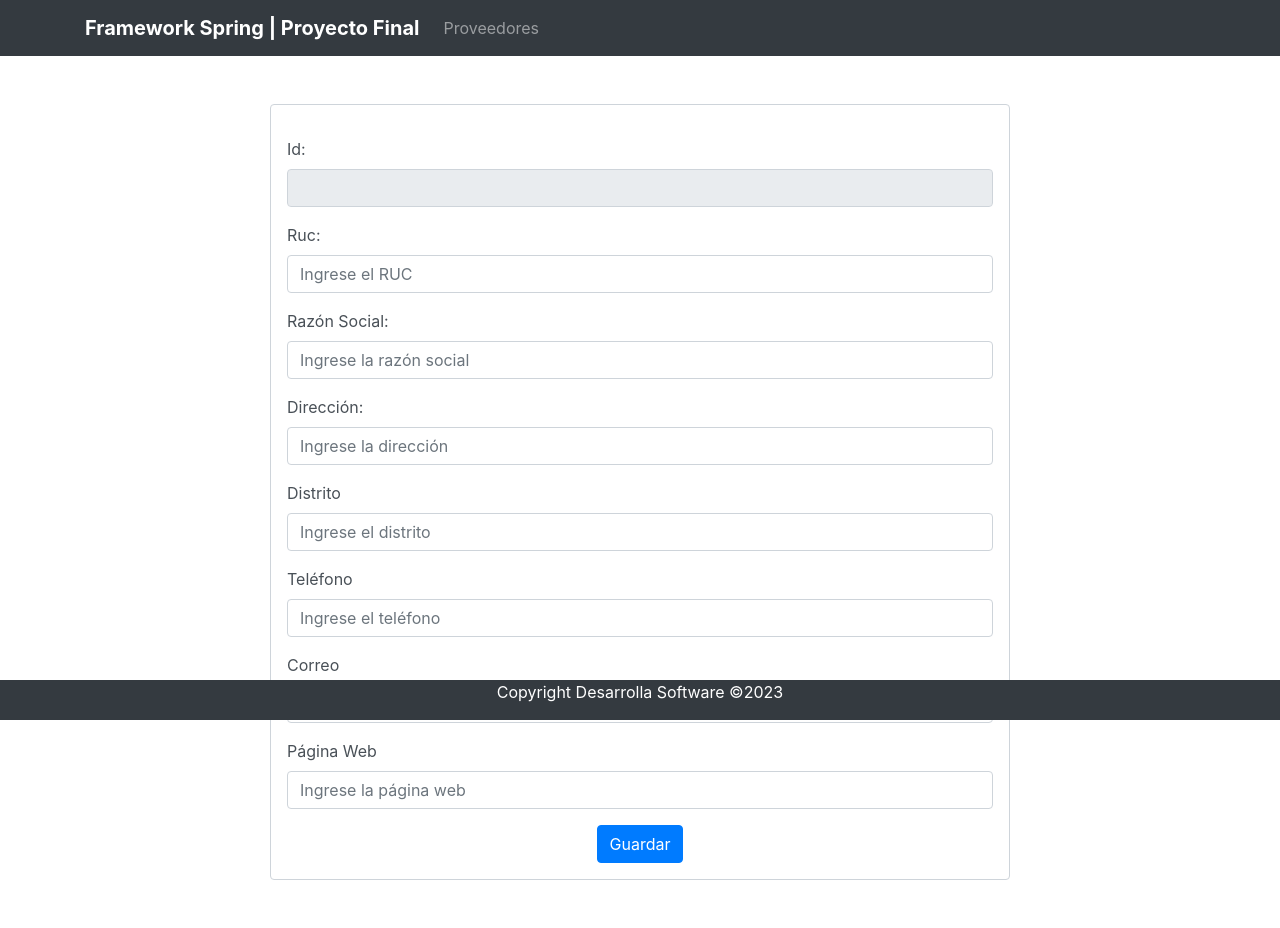
Repository: jeanyantas/proyecto-final-spring
Page: http://localhost/frmEditar
An editor plug-in stored every save of this project. The page is shown before and after the next save, followed by the edit.
The browser window is 1280 px wide. The pictures show the whole page.
The page is this project's Thymeleaf template; nobody is signed in. The template is opened directly, without the code that normally fills it, so the values that code supplies are empty.

Above is the page before, as saved 2023-01-15 21:57:46.

After the next save:
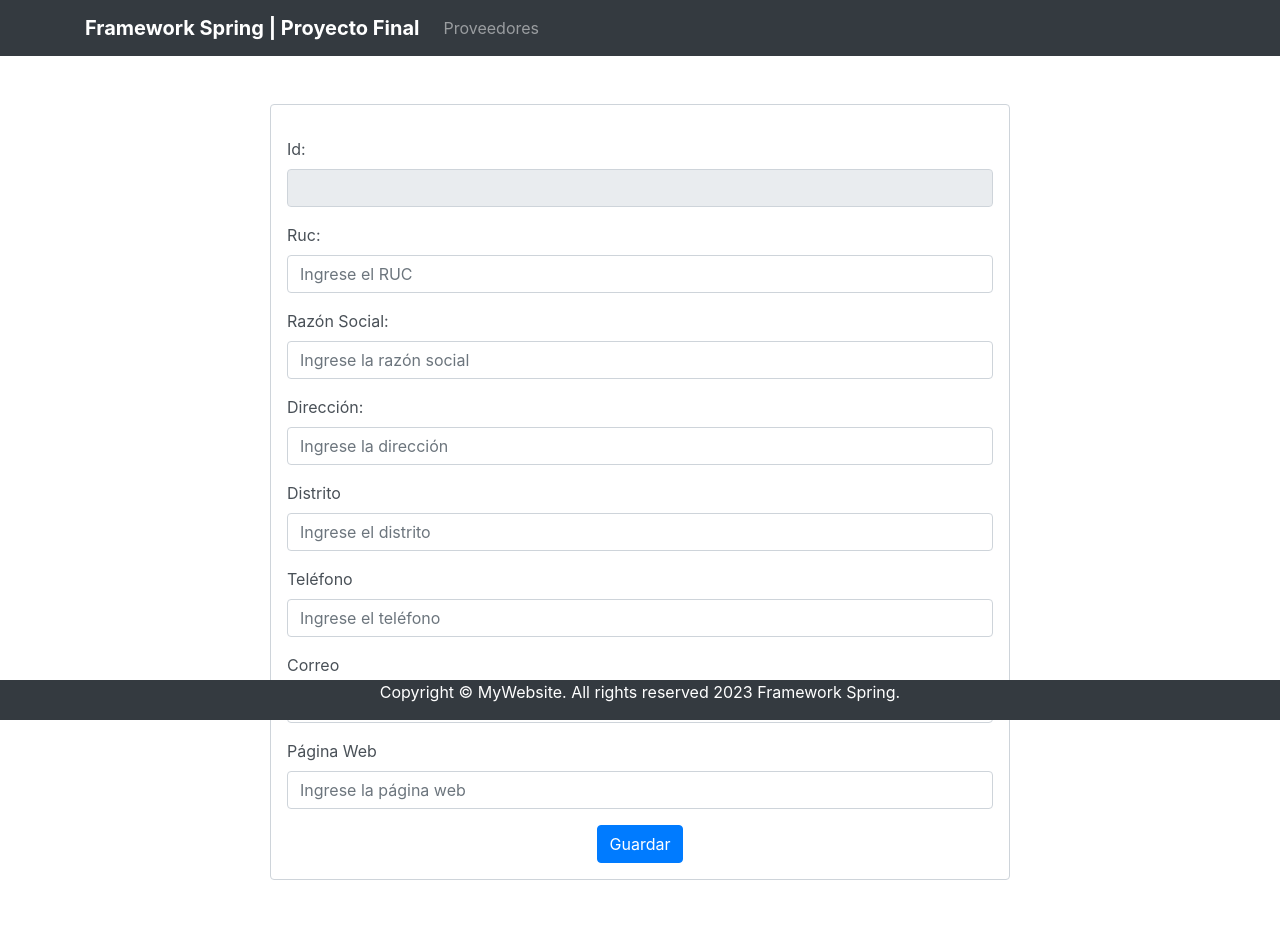
Saved 63 s later.
--- a/moduloProveedor/src/main/resources/templates/plantilla/plantilla.html
+++ b/moduloProveedor/src/main/resources/templates/plantilla/plantilla.html
@@ -32,7 +32,7 @@
 		<!-- Pie de pagina -->
 		<footer th:fragment="footer" class="bg-dark text-center text-white fixed-bottom">
 			<div class="container">
-				<p>Copyright Desarrolla Software &copy;2023</p>
+				<p>Copyright © MyWebsite. All rights reserved 2023 Framework Spring.</p>
 			</div>
 		</footer>
 
